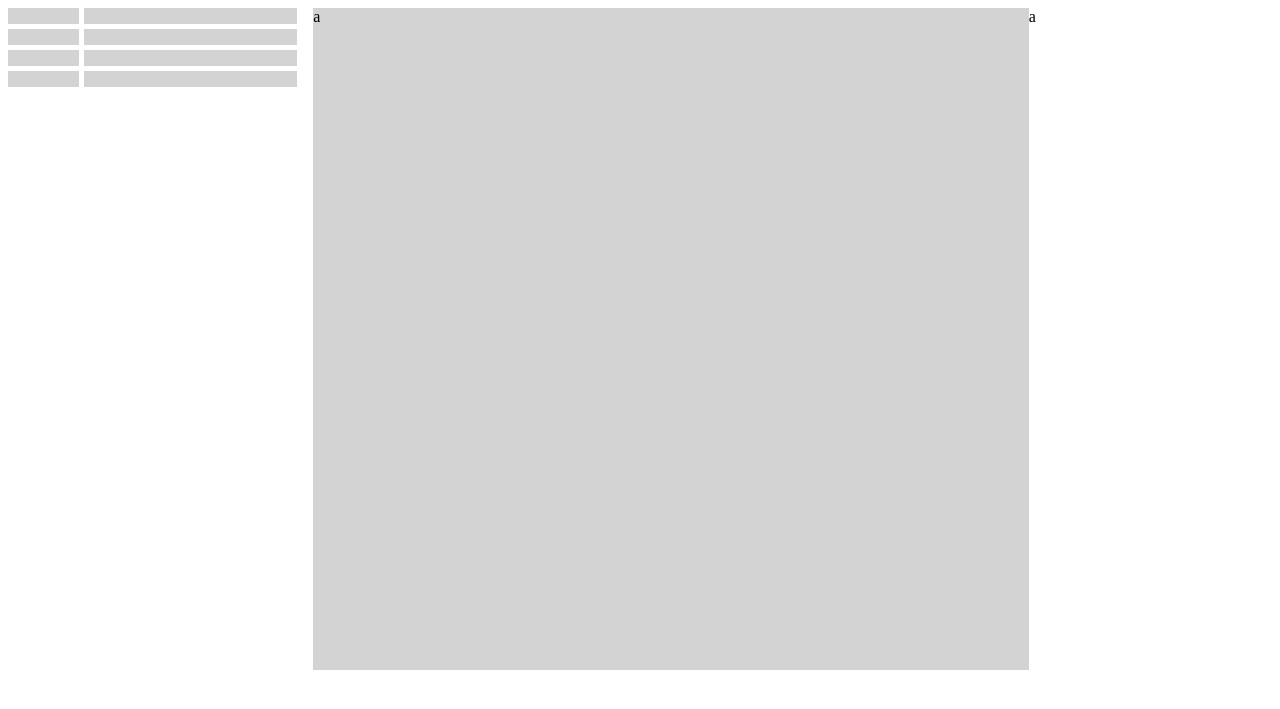
Repository: tr2cky/exercise2
Page: index.html
The author's editor kept a copy of each file at every save. The page is drawn from the files as they stood at one save, then again after the next save.
The browser window is 1280 px wide. The pictures show the whole page.

Above is the page before, as saved 2022-10-01 11:35:01.

### index.html
<!DOCTYPE html>
<html lang="en">

<head>
    <meta charset="UTF-8">
    <meta http-equiv="X-UA-Compatible" content="IE=edge">
    <meta name="viewport" content="width=device-width, initial-scale=1.0">
    <link rel="stylesheet" href="style.css">
    <title>Document</title>
</head>

<body>
    <div class="container">
        <div class="side1">
        <div id="box1"></div>
        <div id="box2"></div>
        <div id="box3"></div>
        <div id="box4"></div>
        <div id="box5"></div>
        <div id="box6"></div>
        <div id="box7"></div>
        <div id="box8"></div>
        </div>
        <main>
            a
        </main>
        <div class="side2">
            a
        </div>
    </div>
</body>

</html>

### style.css
.container {
    display: flex;
    flex-direction: row;
    height: 92vh;
}
main {
    flex-grow: 3;
    background-color: lightgray;
}
.side1 {
    flex-grow: 1;
    display: grid;
    grid-template-columns: 1fr 3fr;
    grid-auto-rows: 1em;
    gap: 5px;
    margin-right: 1em;
}
.side2 {
    flex-grow: 1;
}
.side1 div {
    background-color: lightgray;
}
#box1 {
    border: 1px solid lightgray;
    padding: 5px;
}

After the next save:
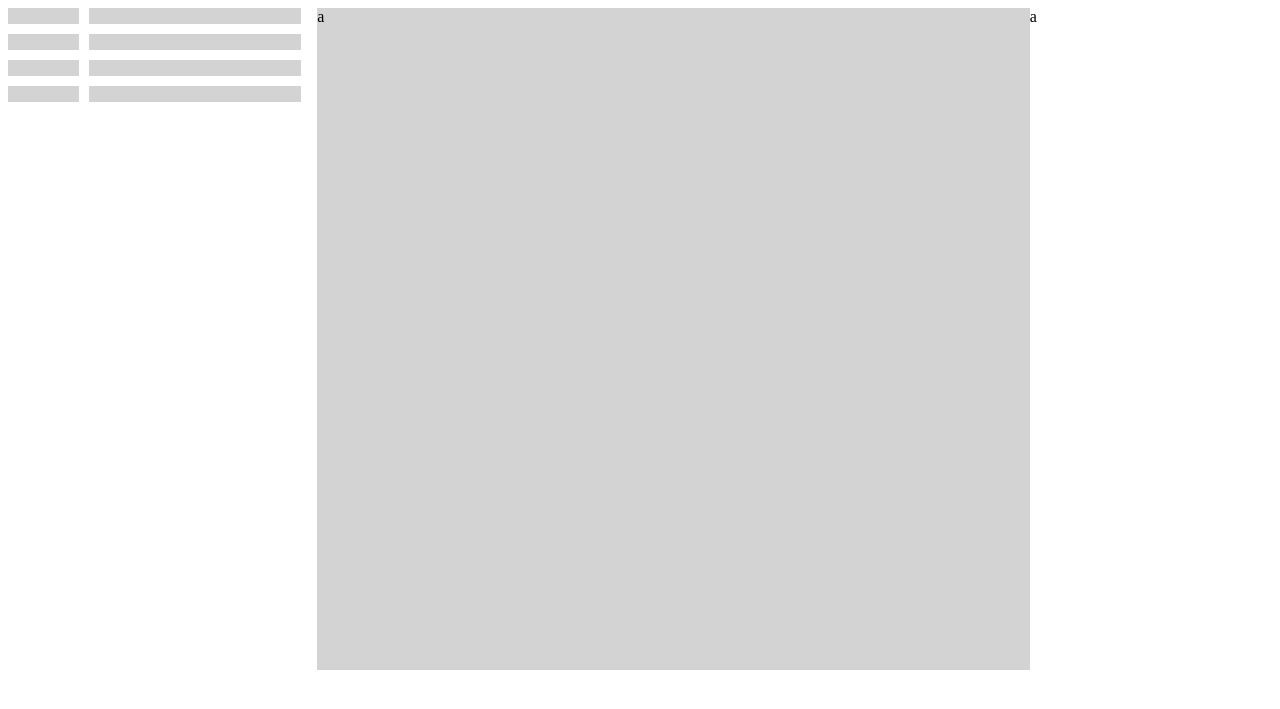
Saved 25 s later.
--- a/style.css
+++ b/style.css
@@ -12,7 +12,7 @@ main {
     display: grid;
     grid-template-columns: 1fr 3fr;
     grid-auto-rows: 1em;
-    gap: 5px;
+    grid-gap: 10px;
     margin-right: 1em;
 }
 .side2 {
